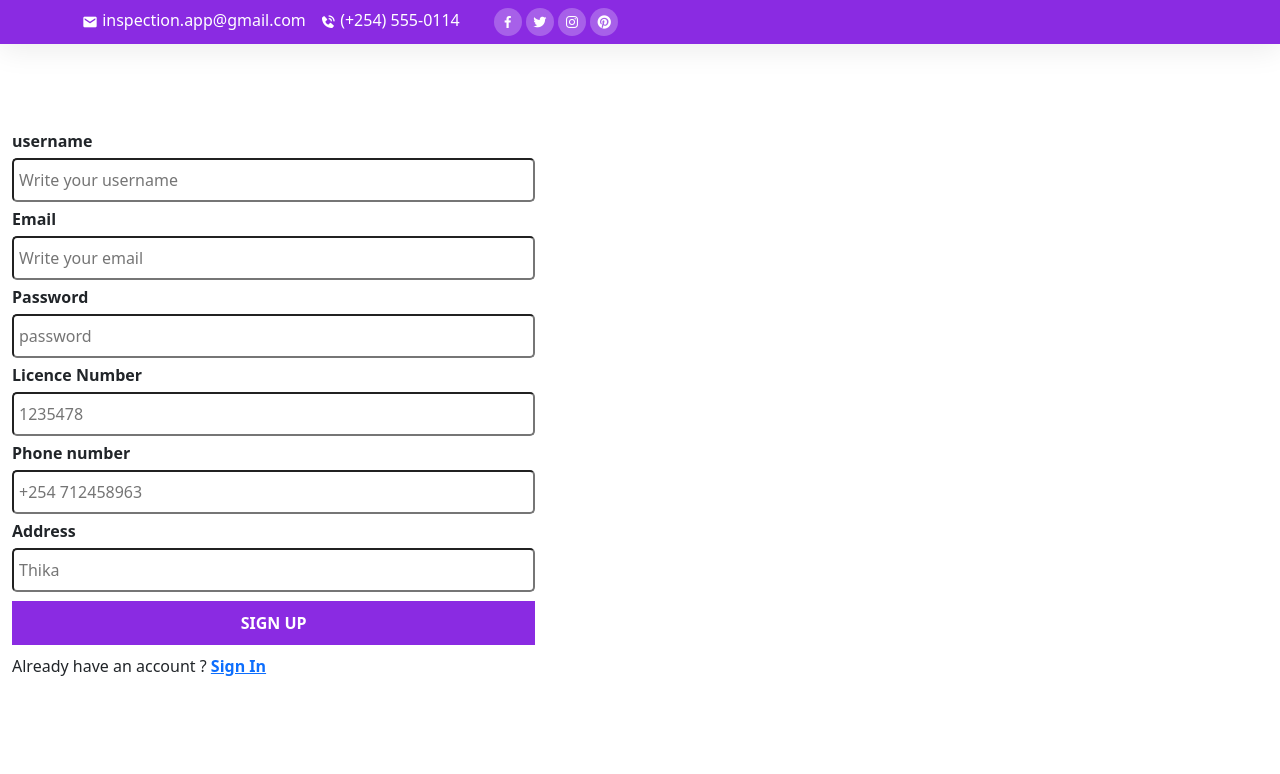
Repository: NDISHAW/Inspectionapp-rails
Page: public/signup.html
An editor plug-in stored every save of this project. The page is shown before and after a run of saves, followed by the edit.
The browser window is 1280 px wide. The pictures show the whole page.

Above is the page before, as saved 2022-10-09 04:22:42.

### public/signup.html
<!DOCTYPE html>
<html lang="en">
  <head>
    <meta charset="UTF-8" />
    <meta http-equiv="X-UA-Compatible" content="IE=edge" />
    <meta name="viewport" content="width=device-width, initial-scale=1.0" />
    <title>Sign up</title>
    <link rel="stylesheet" href="css/style.css">
    <link rel="stylesheet" href="css/bootstrap.min.css">
    <link rel="stylesheet" href="css/owl.carousel.min.css">
    <link rel="stylesheet" href="css/owl.theme.default.min.css">
    <link href='https://unpkg.com/boxicons@2.1.1/css/boxicons.min.css' rel='stylesheet'>

    <script src="/js/axios/dist/axios.min.js"></script>
  </head>
  <body data-bs-spy="scroll" data-bs-target=".navbar" data-bs-offset="70">


      <!-- TOP NAV -->
      <div class="top-nav navbar" id="home">
          <div class="container">
              <div class="row justify-content-between">
                  <div class="col-auto">
                      <p> <i class='bx bxs-envelope'></i> inspection.app@gmail.com</p>
                      <p> <i class='bx bxs-phone-call'></i> (+254) 555-0114</p>
                  </div>
                  <div class="col-auto social-icons">
                      <a href="#"><i class='bx bxl-facebook'></i></a>
                      <a href="#"><i class='bx bxl-twitter'></i></a>
                      <a href="#"><i class='bx bxl-instagram'></i></a>
                      <a href="#"><i class='bx bxl-pinterest'></i></a>
                  </div>
              </div>
          </div>
      </div>
    <section id="about">
      <div class="container-fluid">
    <div class="col-auto justify-content-center ">
      <div class="col-lg-5">
      <!-- username  -->
      <div class="username">
        <label for="username">username</label>
        <input
          type="username"
          name="username"
          id="username"
          placeholder="Write your username"
        />
      </div>
      <!-- Email  -->
      <div class="email">
        <label for="email">Email</label>
        <input
          type="email"
          name="email"
          id="email"
          placeholder="Write your email"
        />
      </div>
      <!-- passWord -->
      <div class="pass">
        <label for="password">Password</label>
        <input
          type="password"
          name="password"
          id="password"
          placeholder="password"
        />
      </div>
      <!-- licence_no -->
      <div class="pass">
        <label for="licence_no">Licence Number</label>
        <input
          name="licence_no"
          id="licence_no"
          placeholder="1235478"
        />
      </div>

      <!-- phone -->
      <div class="pass">
        <label for="phone">Phone number</label>
        <input
          name="phone"
          id="phone"
          placeholder="+254 712458963"
        />
      </div>

      <!-- address -->
      <div class="pass">
        <label for="address">Address</label>
        <input
          type="address"
          name="address"
          id="address"
          placeholder="Thika"
        />
      </div>
      <!-- Rails button -->
      <!-- <button id="submit-btn" onclick="rails()">Rails test</button> -->
      <!-- Sign Up button -->
      <button id="submit-btn" onclick="signUp();">Sign Up</button>
      <!-- Sign In option -->
      <p>Already have an account ?</p>
      <span><a href="signIn.html">Sign In</a></span>
    </div>
    </div>
    </div>
    </section>
  </div>
    <script src="main.js"></script>
  </body>
</html>

### public/css/style.css
@import url('https://fonts.googleapis.com/css2?family=Barlow:wght@400;500;600;700&display=swap');

:root {
    --brand: blueviolet;
    --dark: #092032;
    --body: #516171;
    --border: rgba(0,0,0,0.08);
    --shadow: 0px 6px 30px rgba(0, 0, 0, 0.08);

}

body {
    font-family: "Barlow", sans-serif;
    color: var(--body);
    line-height: 1.7;
}

h1,h2,h3,h4,h5,h6,
.display-1,.display-2,.display-3,.display-4 {
    font-weight: 700;
    color: var(--dark);
}

.bg-cover {
    background-size: cover;
    background-position: center;
    background-repeat: no-repeat;
}

img {
    width: 100%;
}

a {
    color: var(--dark);
    transition: all 0.4s ease;
    font-weight: 500;
}

a:hover {
    color: var(--brand);
}

section {
    padding-top: 80px;
    padding-bottom: 80px;
}

.text-brand {
    color: var(--brand) !important;
}


.hero-slider .owl-prev,
.hero-slider .owl-next{
    background-color: rgba(255, 255, 255, 0.3) !important;
    width: 60px !important;
    height: 60px !important;
    display: block;
    display: grid;
    place-items: center;
    color: #fff !important;
    border-radius: 100px;
    line-height: 0;
    border-radius: 100px !important;
    position: absolute;
    top: 50%;
    font-weight: 600 !important;
    font-size: 12px !important;
    transition: all 0.4s ease;
    margin-top: -30px !important;
}

.owl-prev {
    left: 0;
}
.owl-next {
    right: 0;
}

.hero-slider .owl-prev:hover,
.hero-slider .owl-next:hover {
    background-color: var(--brand) !important;
}

.owl-dot.active span{
    background-color: var(--brand) !important;
}


 /* slide */
 .slide {
     min-height: 100vh;
     display: flex;
     align-items: center;
     justify-content: center;
     position: relative;
}

.slide1 {
    background: linear-gradient(rgba(0, 0, 0, 0.4), rgba(0, 0, 0, 0.4)), url(../img/mec2.jpg);
    background-size: cover;
    background-position: center;
    background-repeat: no-repeat;
}

.slide2 {
    background: linear-gradient(rgba(0, 0, 0, 0.4), rgba(0, 0, 0, 0.4)), url(../img/world3.jpg);
    background-size: cover;
    background-position: center;
    background-repeat: no-repeat;
}

.slide .display-3 {
    text-transform: uppercase;
    color: #fff;
}

/* navbar */
.top-nav {
    background-color: var(--brand);
    color: #fff;
    padding-top: 5px;
    padding-bottom: 5px;
}

.top-nav p {
    display: inline-block;
    margin-bottom: 0;
    margin-right: 10px;
}

.top-nav span,
.top-nav i {
    vertical-align: middle;
}

.navbar {
    box-shadow: var(--shadow);
}

.social-icons a {
    width: 28px;
    height: 28px;
    display: inline-flex;
    color: #fff;
    background-color: rgba(255, 255, 255, 0.25);
    text-decoration: none;
    align-items: center;
    justify-content: center;
    border-radius: 100px;
}

.social-icons a:hover {
    background-color: #fff;
    color: var(--brand);
}

.navbar .navbar-nav .nav-link {
    color: var(--dark);
}

.navbar .navbar-nav .nav-link:hover {
    color: var(--brand);
}

.navbar .navbar-nav .nav-link.active {
    color: var(--brand);
}

.navbar-brand {
    font-size: 28px;
    font-weight: 700;
}

.navbar-brand .dot {
    color: var(--brand);
}

.btn {
    padding: 8px 26px;
}

.btn-brand {
    border-color: var(--brand);
    background-color: var(--brand);
    color: #fff;
}

.btn-brand:hover {
    background-color: #d64022;
    border-color: #d64022;
    color: #fff;
}

.intro {margin-bottom: 36px;
text-align: center;}

.intro p {
    max-width: 500px;
}
.intro h6{
    color: var(--brand);
    font-weight: 400;
    text-transform: uppercase;
}

.intro h1 {
    margin-top: 15px;
    margin-bottom: 15px;
}

.info-box {
    align-items: center;
    display: flex;
}

.info-box img {
    width: 90px;
}


#milestone {
    background: linear-gradient(rgba(136, 42, 143, 0.85), rgba(48, 181, 123, 0.85)), url(../img/inspe.jpg);
    background-size: cover;
    background-position: center;
    background-repeat: no-repeat;
}

#milestone h1,
#milestone p {
    color: #fff;
}

.service {
    padding: 32px;
    background-color: #fff;
    box-shadow: var(--shadow);
}

.service h5 {
    margin-top: 24px;
    margin-bottom: 14px;
}

.service img {
    width: 90px;
}


.project {
    position: relative;
    overflow: hidden;
    z-index: 2;
}

.project h6 {
    font-weight: 400;
}

.project h6::before {
    content: "";
    height: 2px;
    width: 30px;
    display: inline-block;
    background: var(--brand);
    vertical-align: middle;
    margin-right: 10px;
}


.project .overlay {
    width: 100%;
    height: 220px;
    position: absolute;
    bottom: 0;
    left: 0;
    background: linear-gradient(180deg, rgba(255, 76, 41, 0) 0%, var(--dark) 100%);
}

.project .content {
    position: absolute;
    left: 10%;
    bottom: 10%
}

.project h2,
.project h6 {
    color: #fff;
}

.team-member {
    text-align: center;
}

.team-member .image{
    position: relative;
    z-index: 2;
    overflow: hidden;
}

.team-member .overlay {
    width: 100%;
    height: 100%;
    position: absolute;
    left: 0;
    top: -10%;
    background-color: rgba(255, 77, 41, 0.7);
    opacity: 0;
    transition: all 0.4s ease;
}

.team-member h5 {
    margin-top: 16px;
    margin-bottom: 4px;
}

.team-member .social-icons {
    position: absolute;
    top: 60%;
    left: 50%;
    transform: translate(-50%, -50%);
    z-index: 2;
    opacity: 0;
    transition: all 0.4s ease;
}

.team-member .social-icons a {
    width: 40px;
    height: 40px;
}

.team-member:hover .social-icons {
    top: 50%;
    opacity: 1;
}

.team-member:hover .overlay {
    top: 0%;
    opacity: 1;
}

#reviews {

    background: linear-gradient(-90deg, rgba(8, 32, 50, 0.8), rgba(8, 32, 50, 0.8)), url(../img/imago.jpg), #082032;;
    background-size: cover;
    background-position: center;
    background-repeat: no-repeat;
}

.review {
    text-align: center;
    z-index: 2;
    position: relative;
    margin: 15px;
    max-width: 768px;
    margin: auto;
}

.review .bxs-quote-alt-left {
    font-size: 120px;
    position: absolute;
    opacity: 0.1;
    left: 50%;
    top: 50%;
    transform: translate(-50%, -50%);
    color: #fff;
}

.review img {
    width: 80px !important;
    height: 80px;
    border-radius: 100px;
    margin: auto;
}

.review h5 {
    margin-top: 16px;
    margin-bottom: 4px;
    color: #fff;
}

.review h3 {
    margin-top: 26px;
    margin-bottom: 26px;
    font-size: 22px;
    color: #fff;
    font-weight: 400;
    line-height: 1.7;
}

.review small {
    color: var(--brand);
}

.review .stars {
    color: var(--brand);
}

.blog-post {
    position: relative;
    background-color: #fff;
    box-shadow: var(--shadow);
}

.blog-post .content {
    padding: 32px;
}

.blog-post a {
    position: absolute;
    top: 20px;
    left: 20px;
    background-color: var(--brand);
    padding: 2px 12px;
    border-radius: 100px;
    text-decoration: none;
    color: #fff;
}

.blog-post h5 {
    margin-top: 12px;
    margin-bottom: 12px;
}

.blog-post small {
    text-transform: uppercase;
    color: var(--brand);
    text-decoration: underline;
}

footer {
    background: linear-gradient(0deg, rgba(8, 32, 50, 0.9), rgba(8, 32, 50, 0.9)), url(../img/teammech.jpg), #082032;;
    background-size: cover;
    background-position: center;
    background-repeat: no-repeat;
}

footer .footer-top {
    padding-top: 80px;
    padding-bottom: 40px;
}

.footer-bottom {
    border-top: 1px solid rgba(255, 255, 255, 0.1);
    padding-bottom: 20px;
    padding-top: 20px;
}

footer .navbar-brand {
    color: #fff;
}

footer p {
    color: #ADB3B9;
}

footer .social-icons a {
    width: 50px;
    height: 50px;
    font-size: 20px;
    margin-left: 4px;
    margin-right: 4px;
}

.loader {
    min-height: 100vh;
    display: flex;
    align-items: center;
    justify-content: center;
    background-color: red;
    z-index: 99999;
    position: fixed;
    left: 0;
    right: 0;
}


input.form-control {
    border-color: transparent;
    height: 44px;
}

.form-control {
    background-color: rgba(0, 0, 0, 0.04);
    border-color: rgba(0, 0, 0, 0.04);;
}

.form-control:focus {
    box-shadow: none;
    border-color: var(--brand);
}
.form {
    width: 400px;
    border-radius: 5px;
    background-color: white;
    height:fit-content;
    padding: 5px 10px;
    background-color: #9633FF;
}
label {
    display: block;
    font-weight: bolder;
    margin: 5px 0px;
}

input {
    width: 100%;
    padding: 8px 5px;
    border-radius: 5px;
    margin-bottom: 10px;
}

#submit-btn {
    border: none;
    background-color: blueviolet;
    width: 100%;
    padding: 10px 8px;
    color: white;
    font-weight: bolder;
    text-transform: uppercase;
    cursor: pointer;
    margin: 9px 0px;
}

p {
    font-size: 16px;
    border-radius: 10px;
    cursor: pointer;
    display: inline-block;
}

a {
    text-decoration: none;
    font-weight: bolder;
}


/*@import url(https://fonts.googleapis.com/css?family=Roboto:400,300,500);*/
*:focus {
    outline: none;

}

### public/main.js
// // setting up firebase with our website
// const firebaseApp = firebase.initializeApp({
//         apiKey: "AIzaSyDF9DKF44fhzBzk5fZB5Mk4_21q4Ey2kxQ",
//         authDomain: "inspection-e4bf7.firebaseapp.com",
//         projectId: "inspection-e4bf7",
//         storageBucket: "inspection-e4bf7.appspot.com",
//         messagingSenderId: "94545597565",
//         appId: "1:94545597565:web:9e1d12415061541a4ecd14",
//         measurementId: "G-P207FELWW2"
//       });
// const db = firebaseApp.firestore();
// const auth = firebaseApp.auth();

// Sign up function
// function signUp(){
//     //DOM manupilation
//     const email = document.getElementById("email").value;
//     const password = document.getElementById("password").value;
//     const phone = document.getElementById("phone").value;
//     const licence_no = document.getElementById("licence_no").value;
//     const address = document.getElementById("address").value;
//     console.log(email, password)
//     // firebase code
//     firebase.auth().createUserWithEmailAndPassword(email, password)
//         .then((result) => {
//             // Signed in
//             document.write("You are Signed Up")
//             window.location = "dashboard.html";
//             console.log(result)
//             // ...
//         })
//         .catch((error) => {
//             console.log(error.code);
//             console.log(error.message)
//             // ..
//         });
// }




// Sign In function
// const username = document.getElementById("username").value;
// const password = document.getElementById("password").value;

function signIn() {
    const username = document.getElementById("username").value;
    const password = document.getElementById("password").value;
    // firebase code
    // firebase.auth().signInWithEmailAndPassword(email, password)
    axios
        .post("http://localhost:3000/api/login", {
            password: password,
            username: username,
            // phone: phone,
            // licence_no: licence_no,
            // address: address,
        })
        .then((result) => {
            // Signed in
            document.write("You are Signed In");
            // window.location = "form.html";
            window.location = "dashboard.html";

            console.log(result);
        })
        .catch((error) => {
            console.log(error.code);
            console.log(error.message);
        });
}

function signUp() {
  const username = document.getElementById("username").value;
  const email = document.getElementById("email").value;
  const password = document.getElementById("password").value;const phone = document.getElementById("phone").value;const licence_no = document.getElementById("licence_no").value;const address = document.getElementById("address").value;
  // firebase code
  // firebase.auth().signInWithEmailAndPassword(email, password)
  axios
    .post("http://localhost:3000/api/signup", {
      username: username,
      password: password,
      phone: phone,
      licence_no: licence_no,
      address: address,
      email: email,
    })
    .then((result) => {
      // Signed in
      document.write("You are Signed Up");
      // window.location = "form.html";
      window.location = "dashboard.html";

      console.log(result);
    })
    .catch((error) => {
      console.log(error.code);
      console.log(error.message);
    });
}

Loaded but not shown: public/css/bootstrap.min.css (library); public/css/owl.carousel.min.css (library); public/css/owl.theme.default.min.css (common file); public/js/axios/dist/axios.min.js (library)

After the next 6 saves:
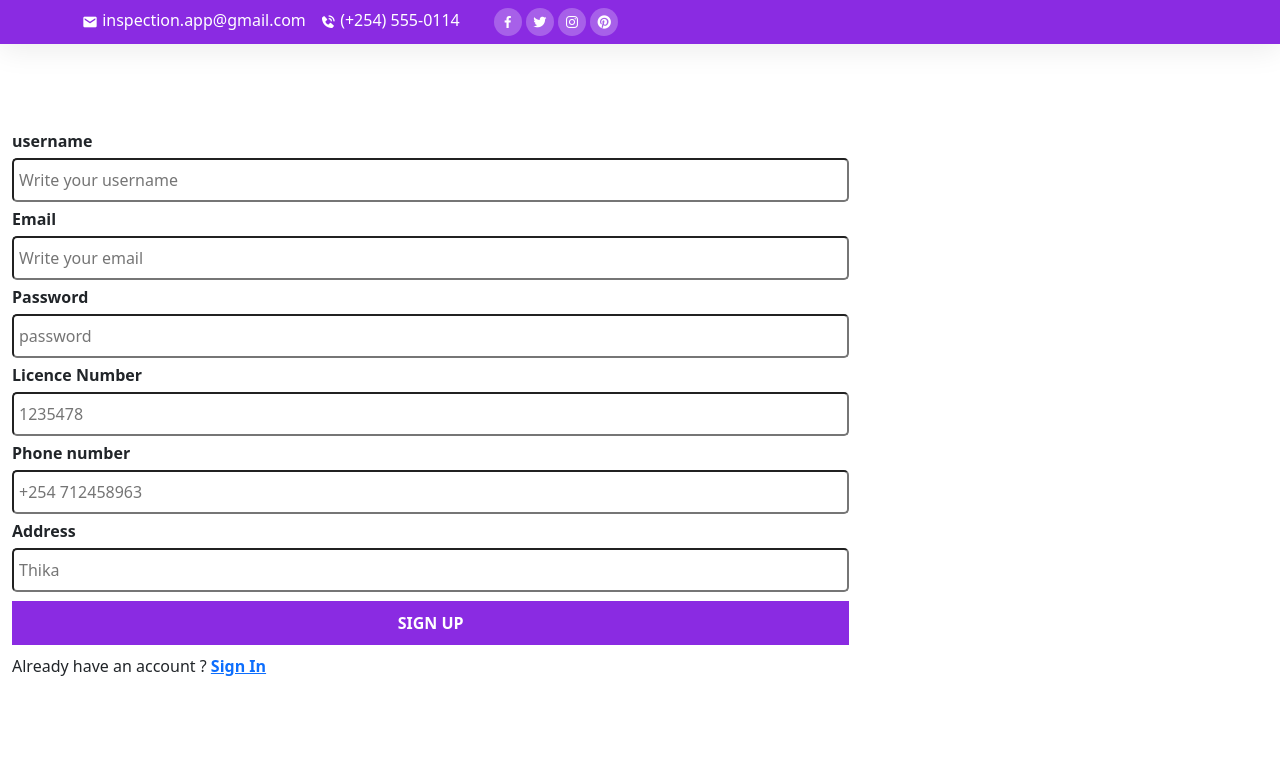
The 6 saves are shown as one change because they came seconds apart.
The last was saved 13 s later.
--- a/public/signup.html
+++ b/public/signup.html
@@ -36,7 +36,7 @@
     <section id="about">
       <div class="container-fluid">
     <div class="col-auto justify-content-center ">
-      <div class="col-lg-5">
+      <div class="col-lg-8">
       <!-- username  -->
       <div class="username">
         <label for="username">username</label>
